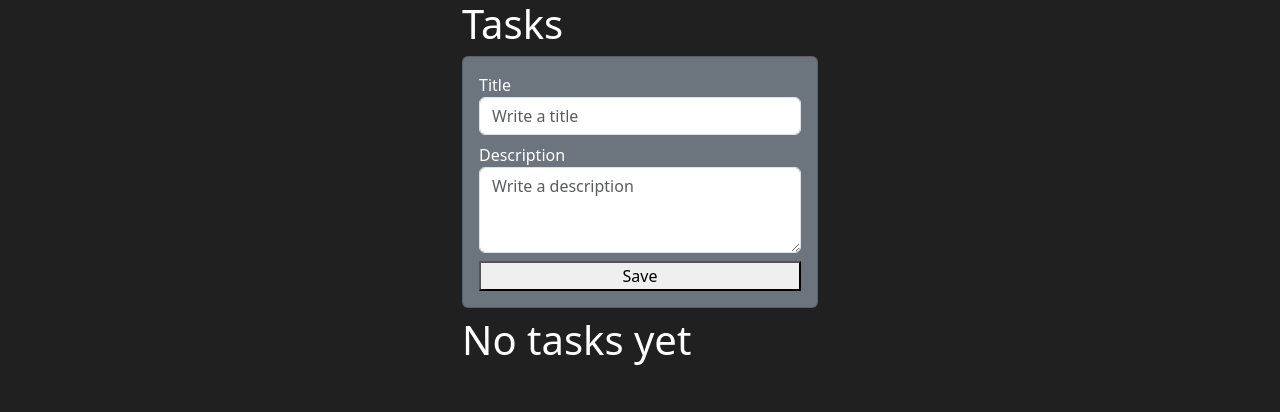
Repository: ChemsJam/django_postgres_todo
Page: http://localhost/tasks/
An editor plug-in stored every save of this project. The page is shown before and after the next save, followed by the edit.
The browser window is 1280 px wide. The pictures show the whole page.
The page is served by the project's application, run on Django 5.2 (manage.py). Queries for data that is not in the repository find no rows.

Above is the page before, as saved 2024-08-19 15:51:43.

After the next save:
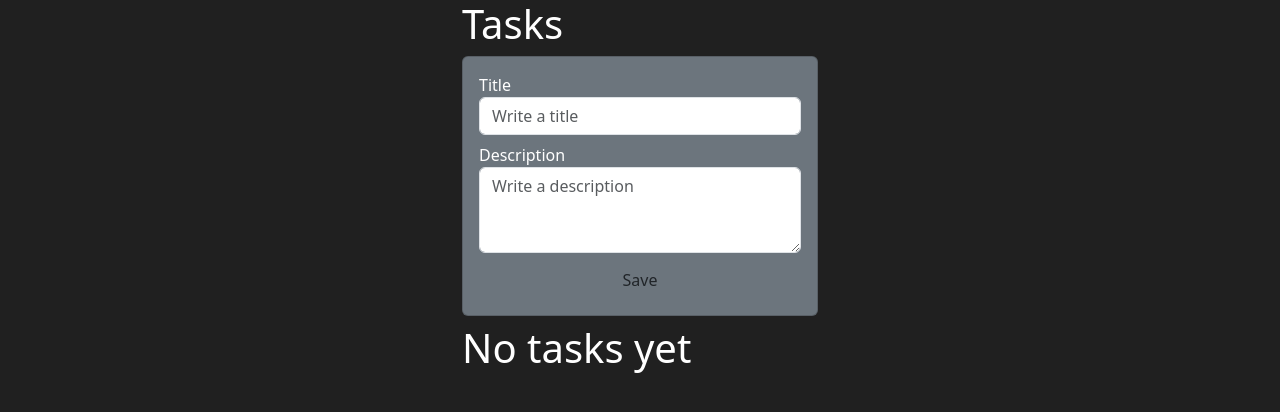
Saved 25 s later.
--- a/tasks/templates/TasksList.html
+++ b/tasks/templates/TasksList.html
@@ -27,7 +27,7 @@
                 </label>
                 <textarea name="description" rows="3" placeholder="Write a description" class="form-control mb-2"></textarea>
 
-                <button>Save</button>
+                <button class="btn btn-succes">Save</button>
 
                 </form>
 
